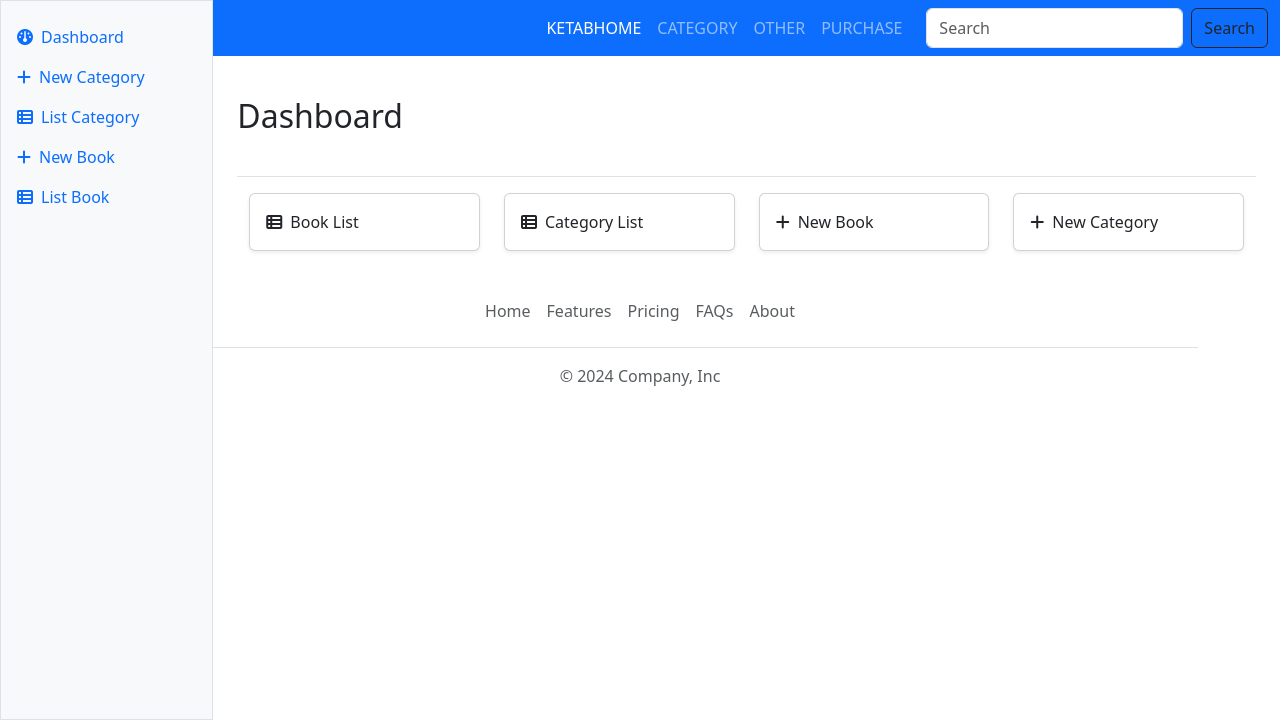
Repository: nyeinsu4520/coursera-test
Page: http://localhost/viewDashboard
These files come from the project's save history. The page is drawn as it stood at one moment and after the next save; the edit follows.
The browser window is 1280 px wide. The pictures show the whole page.
Some web fonts or font styles are not loaded; a fallback is used. The page is this project's Thymeleaf template; nobody is signed in. The template is opened directly, without the code that normally fills it, so the values that code supplies are empty.

Above is the page before, as saved 2024-05-31 07:53:10.

### KetabHome/src/main/resources/templates/viewDashboard.html
<!DOCTYPE html>
<html xmlns:th="http://www.thymeleaf.org">
<head>
<meta charset="UTF-8">
<title>View Members</title>
<link rel="stylesheet" href="https://cdn.jsdelivr.net/npm/bootstrap@5.3.3/dist/css/bootstrap.min.css">
<link href="https://cdn.jsdelivr.net/npm/bootstrap-icons@1.10.5/font/bootstrap-icons.min.css" rel="stylesheet">
<link href="https://cdnjs.cloudflare.com/ajax/libs/font-awesome/6.5.2/css/all.min.css" rel="stylesheet">

<style>
    .sidebar {
        height: 100vh; /* Make the sidebar full height */
        position: fixed; /* Fix the sidebar to the left side */
        top: 0;
        left: 0;
    }
    .main-content {
        margin-left: 250px; /* Adjust this value based on the width of your sidebar */
    }
</style>


</head>
<body>

<div th:replace="fragment/header"></div>



<div class="container-fluid">
    <div class="row">
        <div class="sidebar border border-right col-md-3 col-lg-2 p-0 bg-body-tertiary">
            <div class="offcanvas-md offcanvas-end bg-body-tertiary" tabindex="-1" id="sidebarMenu" aria-labelledby="sidebarMenuLabel">
                <div class="offcanvas-header">
                    <h5 class="offcanvas-title" id="sidebarMenuLabel">KetabHome Admin</h5>
                    <button type="button" class="btn-close" data-bs-dismiss="offcanvas" aria-label="Close"></button>
                </div>
                <div class="offcanvas-body d-md-flex flex-column p-0 pt-lg-3 overflow-y-auto">
                    <ul class="nav flex-column">
                        <li class="nav-item">
                            <a class="nav-link d-flex align-items-center gap-2 active" aria-current="page" href="/view">
                            <i class="fa-solid fa-gauge"></i>
                                Dashboard
                            </a>
                        </li>
                        <li class="nav-item">
                            <a class="nav-link d-flex align-items-center gap-2" href="/category/add">
                            <i class="fa-solid fa-plus"></i>
                                New Category
                            </a>
                        </li>
                        <li class="nav-item">
                            <a class="nav-link d-flex align-items-center gap-2" href="/categories">
                            <i class="fa-solid fa-table-list"></i>
                                List Category
                            </a>
                        </li>
                        <li class="nav-item">
                            <a class="nav-link d-flex align-items-center gap-2" href="/item/add">
                            <i class="fa-solid fa-plus"></i>
                                New Book
                            </a>
                        </li>
                        <li class="nav-item">
                            <a class="nav-link d-flex align-items-center gap-2" href="/item">
                            <i class="fa-solid fa-table-list"></i>
                                List Book
                            </a>
                        </li>
                    </ul>
                </div>
            </div>
        </div>


          <main class="col-md-9 ms-sm-auto col-lg-10 px-md-4">
      <div class="d-flex justify-content-between flex-wrap flex-md-nowrap align-items-center pt-3 pb-2 mb-3 border-bottom">
        <h1 class="h2">Dashboard</h1>
        <div class="btn-toolbar mb-2 mb-md-0">
          <div class="album py-5 bg-body-tertiary">
          </div>
           </div>
           </div>
    <div class="container">
      <div class="row row-cols-1 row-cols-sm-2 row-cols-md-3 row-cols-md-4 g-4">
        <div class="col">
          <div class="card shadow-sm">

            <div class="card-body">
               <a class="nav-link d-flex align-items-center gap-2" href="/item">
                  <i class="fa-solid fa-table-list"></i>
                  Book List
               </a>
            </div>
          </div>
        </div>
         <div class="col">
          <div class="card shadow-sm">

            <div class="card-body">
                                         <a class="nav-link d-flex align-items-center gap-2" href="/categories">
                            <i class="fa-solid fa-table-list"></i>
                                Category List
                            </a>
            </div>
          </div>
        </div>

        <div class="col">
          <div class="card shadow-sm">

            <div class="card-body">
          <a class="nav-link d-flex align-items-center gap-2" href="/item/add">
                            <i class="fa-solid fa-plus"></i>
                                New Book
                            </a>
            </div>
          </div>
        </div>
         <div class="col">
          <div class="card shadow-sm">

            <div class="card-body">
               <a class="nav-link d-flex align-items-center gap-2" href="/category/add">
                            <i class="fa-solid fa-plus"></i>
                                New Category
                            </a>
            </div>
          </div>
        </div>

    </div>
  </div>


      </main>

       </div>
    </div>










<div class="container-fluid">
    <div class="row">
        <div class="sidebar border border-right col-md-3 col-lg-2 p-0 bg-body-tertiary">
            <div class="offcanvas-md offcanvas-end bg-body-tertiary" tabindex="-1" id="sidebarMenu" aria-labelledby="sidebarMenuLabel">
                <div class="offcanvas-header">
                    <h5 class="offcanvas-title" id="sidebarMenuLabel">KetabHome Admin</h5>
                    <button type="button" class="btn-close" data-bs-dismiss="offcanvas" aria-label="Close"></button>
                </div>
                <div class="offcanvas-body d-md-flex flex-column p-0 pt-lg-3 overflow-y-auto">
                    <ul class="nav flex-column">
                        <li class="nav-item">
                            <a class="nav-link d-flex align-items-center gap-2 active" aria-current="page" href="/index">
                            <i class="fa-solid fa-gauge"></i>
                                Dashboard
                            </a>
                        </li>
                        <li class="nav-item">
                            <a class="nav-link d-flex align-items-center gap-2" href="/category/add">
                            <i class="fa-solid fa-plus"></i>
                                New Category
                            </a>
                        </li>
                        <li class="nav-item">
                            <a class="nav-link d-flex align-items-center gap-2" href="/categories">
                            <i class="fa-solid fa-table-list"></i>
                                List Category
                            </a>
                        </li>
                        <li class="nav-item">
                            <a class="nav-link d-flex align-items-center gap-2" href="/item/add">
                            <i class="fa-solid fa-plus"></i>
                                New Book
                            </a>
                        </li>
                        <li class="nav-item">
                            <a class="nav-link d-flex align-items-center gap-2" href="/item">
                            <i class="fa-solid fa-table-list"></i>
                                List Book
                            </a>
                        </li>
                    </ul>
                </div>
            </div>
        </div>





    </div>
</div>


<div th:replace="fragment/footer"></div>
<script src="https://cdn.jsdelivr.net/npm/bootstrap@5.3.3/dist/js/bootstrap.bundle.min.js"></script>
</body>
</html>

### KetabHome/src/main/resources/templates/fragment/header.html
<!DOCTYPE html>
<html xmlns="www.thymeleaf.org">
<head>
<meta charset="ISO-8859-1">
<title>Insert title here</title>

<link rel="stylesheet" href="/bootstrap/css/bootstrap.min.css">
<script type="text/javascript" src="../static/bootstrap/js/bootstrap.bundle.min.js"></script>

</head>
<body>
	<nav class="navbar navbar-expand-lg navbar-dark bg-primary" aria-label="Offcanvas navbar large">
    <div class="container-fluid">
      <a class="navbar-brand" href="#">KetabHome Admin</a>
      <button class="navbar-toggler" type="button" data-bs-toggle="offcanvas" data-bs-target="#offcanvasNavbar2" aria-controls="offcanvasNavbar2" aria-label="Toggle navigation">
        <span class="navbar-toggler-icon"></span>
      </button>
      <div class="offcanvas offcanvas-end text-bg-dark" tabindex="-1" id="offcanvasNavbar2" aria-labelledby="offcanvasNavbar2Label">

        <div class="offcanvas-body">
          <ul class="navbar-nav justify-content-end flex-grow-1 pe-3">
            <li class="nav-item">
              <a class="nav-link active" aria-current="page" href="#">KETABHOME</a>
            </li>
            <li class="nav-item">
              <a class="nav-link" href="/categories">CATEGORY</a>
            </li>
            <li class="nav-item">
              <a class="nav-link " aria-current="page" href="#">OTHER</a>
            </li>
            <li class="nav-item">
              <a class="nav-link" href="#">PURCHASE</a>
            </li>

          </ul>
          <form class="d-flex mt-3 mt-lg-0" role="search">
            <input class="form-control me-2" type="search" placeholder="Search" aria-label="Search">
            <button class="btn btn-outline-dark" type="submit">Search</button>
          </form>
        </div>
      </div>
    </div>
  </nav>
</body>
</html>

### KetabHome/src/main/resources/templates/fragment/footer.html
<!DOCTYPE html>
<html>
<head>
<meta charset="ISO-8859-1">
<title>Insert title here</title>

<link rel="stylesheet" href="/bootstrap/css/bootstrap.min.css">
<script type="text/javascript" src="../static/bootstrap/js/bootstrap.bundle.min.js"></script>
<link rel="preconnect" href="https://fonts.googleapis.com">
<link rel="preconnect" href="https://fonts.gstatic.com" crossorigin>
<link href="https://fonts.googleapis.com/css2?family=Jersey+20&family=Jersey+25&family=Josefin+Sans:ital,wght@0,100..700;1,100..700&family=Noto+Sans+Myanmar:wght@100;200;300;400;500;600;700;800;900&family=Nunito+Sans:ital,opsz,wght@0,6..12,200..1000;1,6..12,200..1000&family=Padauk:wght@400;700&family=Platypi:ital,wght@0,300..800;1,300..800&family=Poppins:ital,wght@0,100;0,200;0,300;0,400;0,500;0,600;0,700;0,800;0,900;1,100;1,200;1,300;1,400;1,500;1,600;1,700;1,800;1,900&family=Roboto:ital,wght@0,100;0,300;0,400;0,500;0,700;0,900;1,100;1,300;1,400;1,500;1,700;1,900&display=swap" rel="stylesheet">

</head>
<body>


<div class="container">
  <footer class="py-3 my-4">
    <ul class="nav justify-content-center border-bottom pb-3 mb-3">
      <li class="nav-item"><a href="#" class="nav-link px-2 text-body-secondary">Home</a></li>
      <li class="nav-item"><a href="#" class="nav-link px-2 text-body-secondary">Features</a></li>
      <li class="nav-item"><a href="#" class="nav-link px-2 text-body-secondary">Pricing</a></li>
      <li class="nav-item"><a href="#" class="nav-link px-2 text-body-secondary">FAQs</a></li>
      <li class="nav-item"><a href="#" class="nav-link px-2 text-body-secondary">About</a></li>
    </ul>
    <p class="text-center text-body-secondary">&copy; 2024 Company, Inc</p>
  </footer>
</div>
</body>
</html>

Loaded but not shown: KetabHome/src/main/resources/static/bootstrap/css/bootstrap.min.css (library); KetabHome/src/main/resources/static/bootstrap/js/bootstrap.bundle.min.js (library)

After the next save:
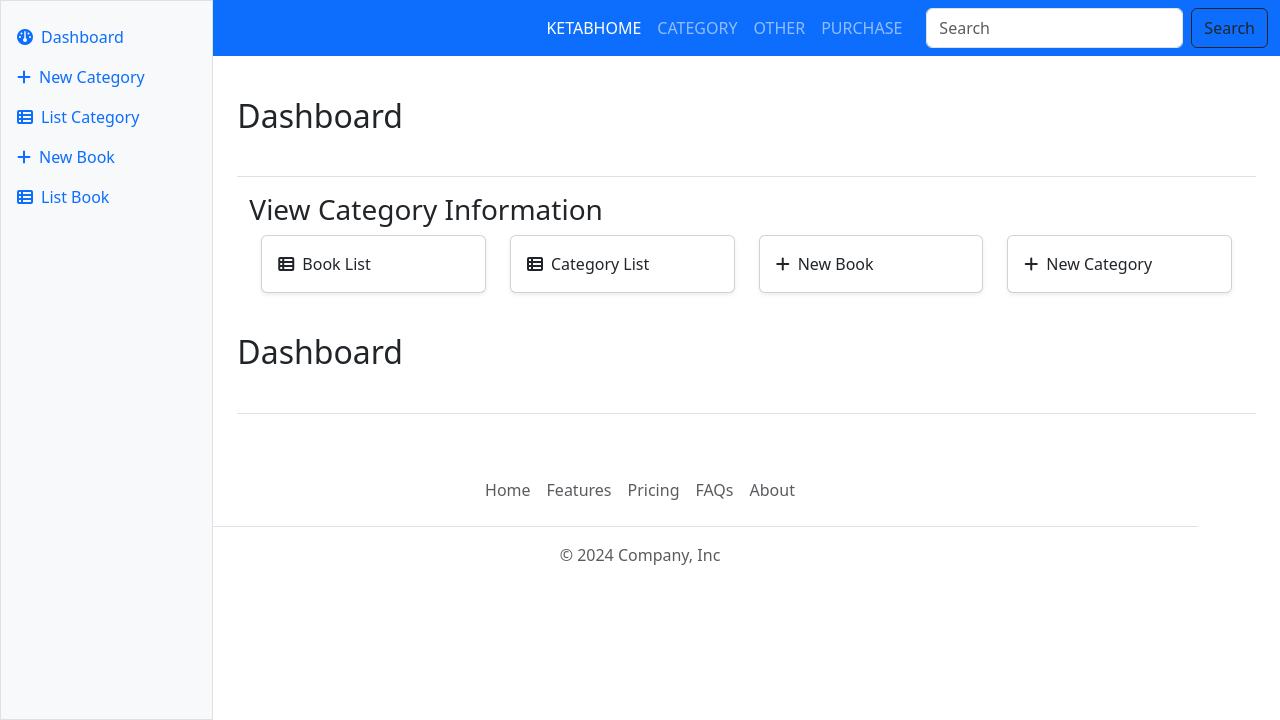
Saved 109 s later.
--- a/KetabHome/src/main/resources/templates/viewDashboard.html
+++ b/KetabHome/src/main/resources/templates/viewDashboard.html
@@ -73,7 +73,7 @@
         </div>
 
 
-          <main class="col-md-9 ms-sm-auto col-lg-10 px-md-4">
+        <main class="col-md-9 ms-sm-auto col-lg-10 px-md-4">
       <div class="d-flex justify-content-between flex-wrap flex-md-nowrap align-items-center pt-3 pb-2 mb-3 border-bottom">
         <h1 class="h2">Dashboard</h1>
         <div class="btn-toolbar mb-2 mb-md-0">
@@ -82,6 +82,13 @@
            </div>
            </div>
     <div class="container">
+      <div class="row ">
+      <h3>View Category Information</h3>
+
+    </div>
+
+
+	<div class="container">
       <div class="row row-cols-1 row-cols-sm-2 row-cols-md-3 row-cols-md-4 g-4">
         <div class="col">
           <div class="card shadow-sm">
@@ -131,6 +138,7 @@
 
     </div>
   </div>
+
 
 
       </main>
@@ -193,7 +201,18 @@
         </div>
 
 
-
+        <main class="col-md-9 ms-sm-auto col-lg-10 px-md-4">
+      <div class="d-flex justify-content-between flex-wrap flex-md-nowrap align-items-center pt-3 pb-2 mb-3 border-bottom">
+        <h1 class="h2">Dashboard</h1>
+        <div class="btn-toolbar mb-2 mb-md-0">
+          <div class="album py-5 bg-body-tertiary">
+          </div>
+           </div>
+           </div>
+
+
+
+      </main>
 
 
     </div>
